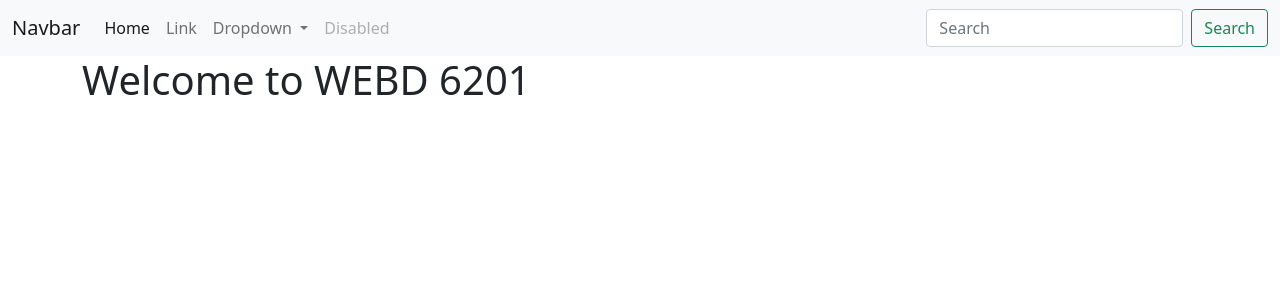
Repository: ErikHayward/WEBD6201-W2021-ICE1b
Page: index.html
An editor plug-in stored every save of this project. The page is shown before and after the next save, followed by the edit.
The browser window is 1280 px wide. The pictures show the whole page.

Above is the page before, as saved 2021-01-22 19:31:17.

### index.html
<!DOCTYPE html>
<html lang="en">
<head>
    <meta charset="UTF-8">
    <meta name="viewport" content="width=device-width, initial-scale=1.0">
    <title>WEBD6201 - W2021 - ICE 1</title>
    <!-- CSS Section -->
    <link rel="stylesheet" href="./node_modules/bootstrap/dist/css/bootstrap.min.css">
    <link rel="stylesheet" href="./node_modules/@fortawesome/fontawesome-free/css/all.min.css">
    <link rel="stylesheet" href="./Content/app.css">
</head>
<body>

    <header>
        <nav class="navbar navbar-expand-lg navbar-light bg-light">
            <div class="container-fluid">
              <a class="navbar-brand" href="#">Navbar</a>
              <button class="navbar-toggler" type="button" data-bs-toggle="collapse" data-bs-target="#navbarSupportedContent" aria-controls="navbarSupportedContent" aria-expanded="false" aria-label="Toggle navigation">
                <span class="navbar-toggler-icon"></span>
              </button>
              <div class="collapse navbar-collapse" id="navbarSupportedContent">
                <ul class="navbar-nav me-auto mb-2 mb-lg-0">
                  <li class="nav-item">
                    <a class="nav-link active" aria-current="page" href="#">Home</a>
                  </li>
                  <li class="nav-item">
                    <a class="nav-link" href="#">Link</a>
                  </li>
                  <li class="nav-item dropdown">
                    <a class="nav-link dropdown-toggle" href="#" id="navbarDropdown" role="button" data-bs-toggle="dropdown" aria-expanded="false">
                      Dropdown
                    </a>
                    <ul class="dropdown-menu" aria-labelledby="navbarDropdown">
                      <li><a class="dropdown-item" href="#">Action</a></li>
                      <li><a class="dropdown-item" href="#">Another action</a></li>
                      <li><hr class="dropdown-divider"></li>
                      <li><a class="dropdown-item" href="#">Something else here</a></li>
                    </ul>
                  </li>
                  <li class="nav-item">
                    <a class="nav-link disabled" href="#" tabindex="-1" aria-disabled="true">Disabled</a>
                  </li>
                </ul>
                <form class="d-flex">
                  <input class="form-control me-2" type="search" placeholder="Search" aria-label="Search">
                  <button class="btn btn-outline-success" type="submit">Search</button>
                </form>
              </div>
            </div>
          </nav>
    </header>

    <main class="container">
        <h1>Welcome to WEBD 6201</h1>
    </main>

    <footer>

    </footer>

    <!-- Script Section -->
    <script src="./node_modules/jquery/dist/jquery.min.js"></script>
    <script src="./node_modules/bootstrap/dist/js/bootstrap.bundle.min.js"></script>
    <script src="./Scripts/app.js"></script>
</body>
</html>

### Content/app.css
/* Custom CSS goes here */

### Scripts/app.js
/* Custom Java Script goes here */

// IIFE - Immediately Invoked Function Expression
// AKA - Anonymous Self-Executing Function
// Closure - limits scope leak

(function(){

    function Start(){
        console.log("App Started...");
    }

    window.addEventListener("load", Start);

})();

Loaded but not shown: node_modules/bootstrap/dist/css/bootstrap.min.css (library); node_modules/@fortawesome/fontawesome-free/css/all.min.css (library); node_modules/jquery/dist/jquery.min.js (library); node_modules/bootstrap/dist/js/bootstrap.bundle.min.js (library)

After the next save:
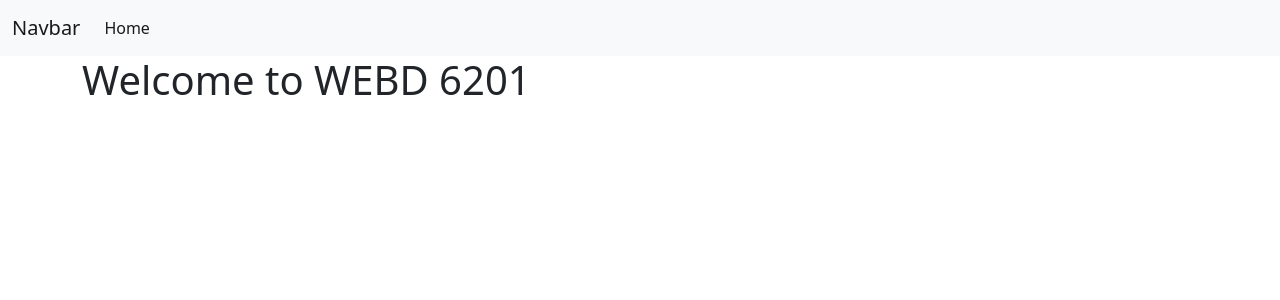
Saved 7 min 41 s later.
--- a/index.html
+++ b/index.html
@@ -23,28 +23,7 @@
                   <li class="nav-item">
                     <a class="nav-link active" aria-current="page" href="#">Home</a>
                   </li>
-                  <li class="nav-item">
-                    <a class="nav-link" href="#">Link</a>
-                  </li>
-                  <li class="nav-item dropdown">
-                    <a class="nav-link dropdown-toggle" href="#" id="navbarDropdown" role="button" data-bs-toggle="dropdown" aria-expanded="false">
-                      Dropdown
-                    </a>
-                    <ul class="dropdown-menu" aria-labelledby="navbarDropdown">
-                      <li><a class="dropdown-item" href="#">Action</a></li>
-                      <li><a class="dropdown-item" href="#">Another action</a></li>
-                      <li><hr class="dropdown-divider"></li>
-                      <li><a class="dropdown-item" href="#">Something else here</a></li>
-                    </ul>
-                  </li>
-                  <li class="nav-item">
-                    <a class="nav-link disabled" href="#" tabindex="-1" aria-disabled="true">Disabled</a>
-                  </li>
                 </ul>
-                <form class="d-flex">
-                  <input class="form-control me-2" type="search" placeholder="Search" aria-label="Search">
-                  <button class="btn btn-outline-success" type="submit">Search</button>
-                </form>
               </div>
             </div>
           </nav>
